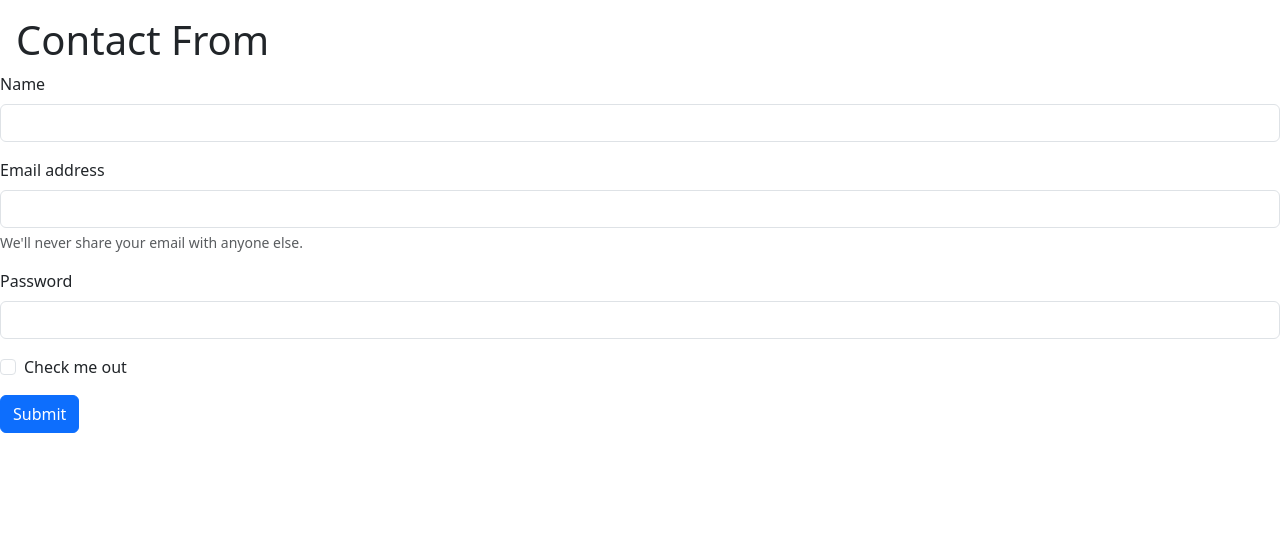
Repository: syni18/bootstrap_form
Page: index.html
These files come from the project's save history. The page is drawn as it stood at one moment and after the next save; the edit follows.
The browser window is 1280 px wide. The pictures show the whole page.

Above is the page before, as saved 2023-10-26 15:25:57.

### index.html
<!DOCTYPE html>
<html lang="en">
<head>
    <meta charset="UTF-8">
    <meta name="viewport" content="width=device-width, initial-scale=1.0">
    <link href="https://cdn.jsdelivr.net/npm/bootstrap@5.3.2/dist/css/bootstrap.min.css" rel="stylesheet" integrity="sha384-T3c6CoIi6uLrA9TneNEoa7RxnatzjcDSCmG1MXxSR1GAsXEV/Dwwykc2MPK8M2HN" crossorigin="anonymous">
    <title>Contact From</title>
</head>
<body>
    <h1 class="display-6 ms-3 mt-3">Contact From</h1>
    <form>
  <div class="mb-3">
    <label for="exampleInputName1" class="form-label">Name</label>
    <input type="name" class="form-control" id="exampleInputName1" aria-describedby="NameHelp">
  </div>
  <div class="mb-3">
    <label for="exampleInputEmail1" class="form-label">Email address</label>
    <input type="email" class="form-control" id="exampleInputEmail1" aria-describedby="emailHelp">
    <div id="emailHelp" class="form-text">We'll never share your email with anyone else.</div>
  </div>
  <div class="mb-3">
    <label for="exampleInputPassword1" class="form-label">Password</label>
    <input type="password" class="form-control" id="exampleInputPassword1">
  </div>
  <div class="mb-3 form-check">
    <input type="checkbox" class="form-check-input" id="exampleCheck1">
    <label class="form-check-label" for="exampleCheck1">Check me out</label>
  </div>
  <button type="submit" class="btn btn-primary">Submit</button>
</form>
    <script src="https://cdn.jsdelivr.net/npm/bootstrap@5.3.2/dist/js/bootstrap.bundle.min.js" integrity="sha384-C6RzsynM9kWDrMNeT87bh95OGNyZPhcTNXj1NW7RuBCsyN/o0jlpcV8Qyq46cDfL" crossorigin="anonymous"></script>
</body>
</html>

After the next save:
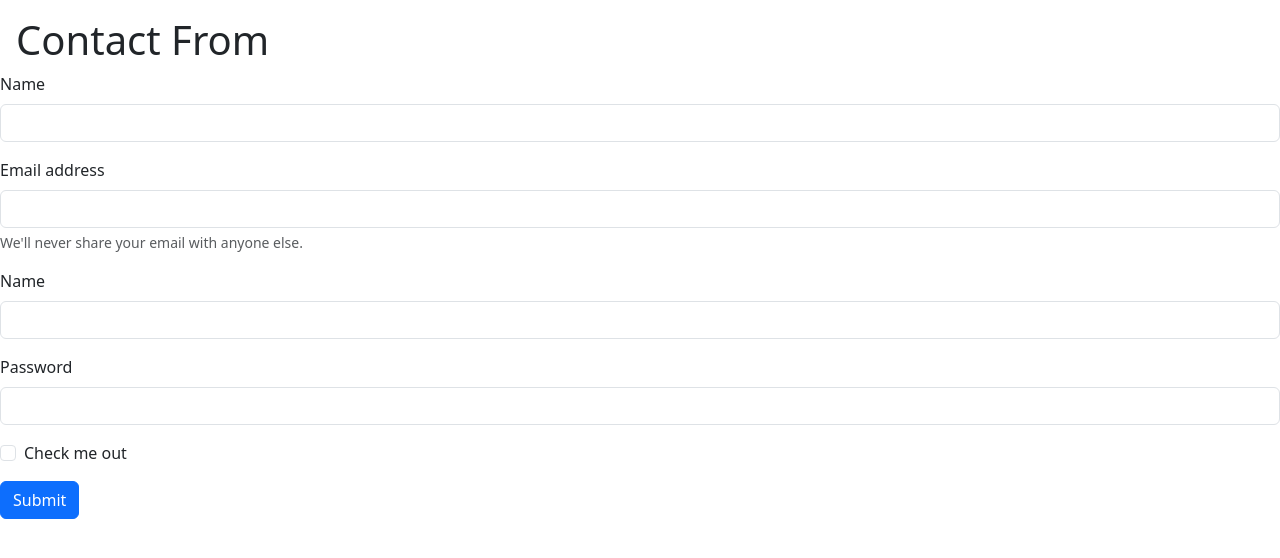
Saved 36 s later.
--- a/index.html
+++ b/index.html
@@ -19,6 +19,10 @@
     <div id="emailHelp" class="form-text">We'll never share your email with anyone else.</div>
   </div>
   <div class="mb-3">
+    <label for="exampleInputName1" class="form-label">Name</label>
+    <input type="name" class="form-control" id="exampleInputName1" aria-describedby="NameHelp">
+  </div>
+  <div class="mb-3">
     <label for="exampleInputPassword1" class="form-label">Password</label>
     <input type="password" class="form-control" id="exampleInputPassword1">
   </div>
